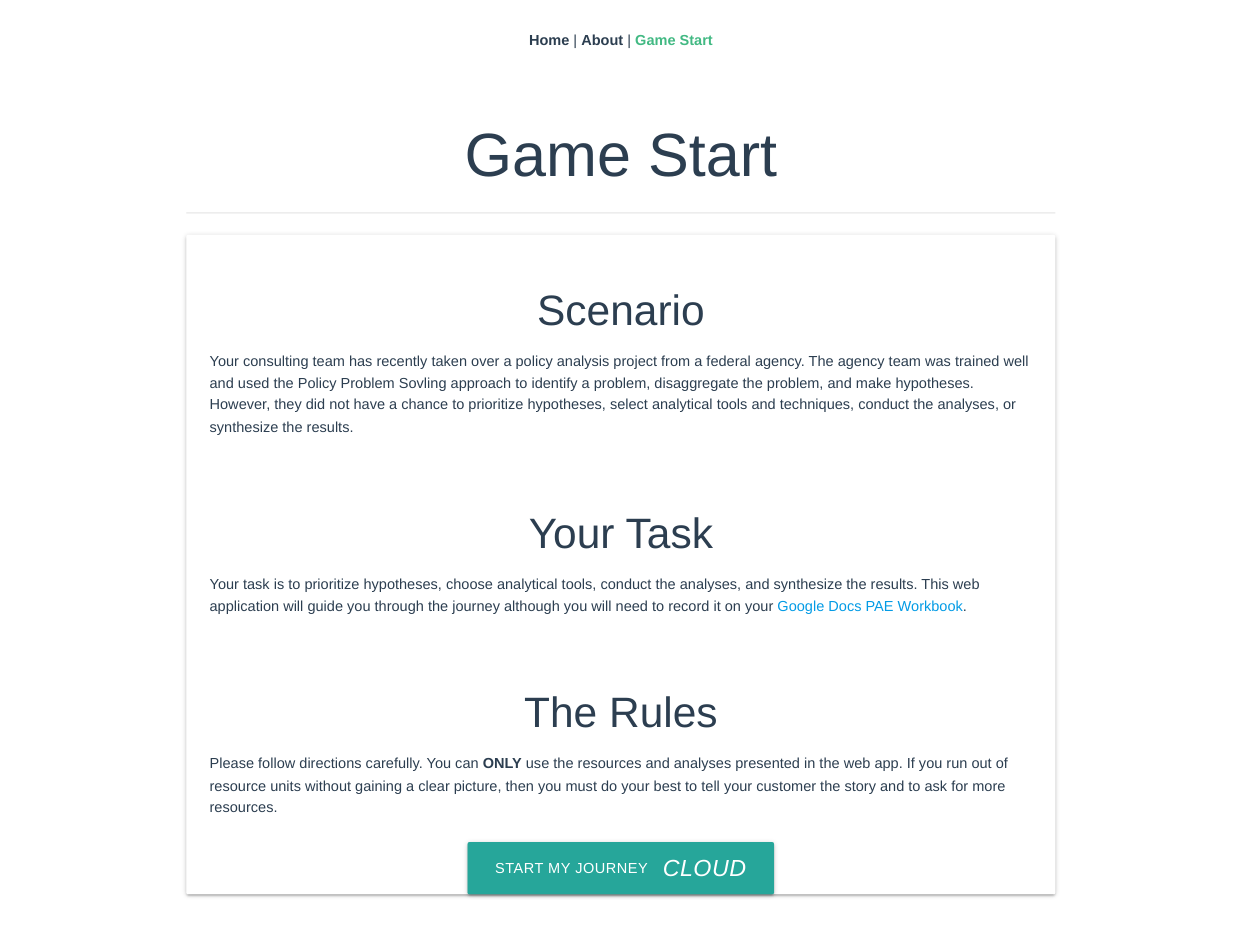
Repository: gallard28/posc4210app
Page: /#/start
An editor plug-in stored every save of this project. The page is shown before and after the next save, followed by the edit.
The browser window is 1280 px wide. The pictures show the whole page, at 97% of full size.
The project was rebuilt for these pictures with package versions that can differ from the ones it lists, and the page was loaded fresh each time. Also part of the build but not shown: src/views/Home.vue.

Above is the page before, as saved 2020-09-20 19:02:28.

After the next save:
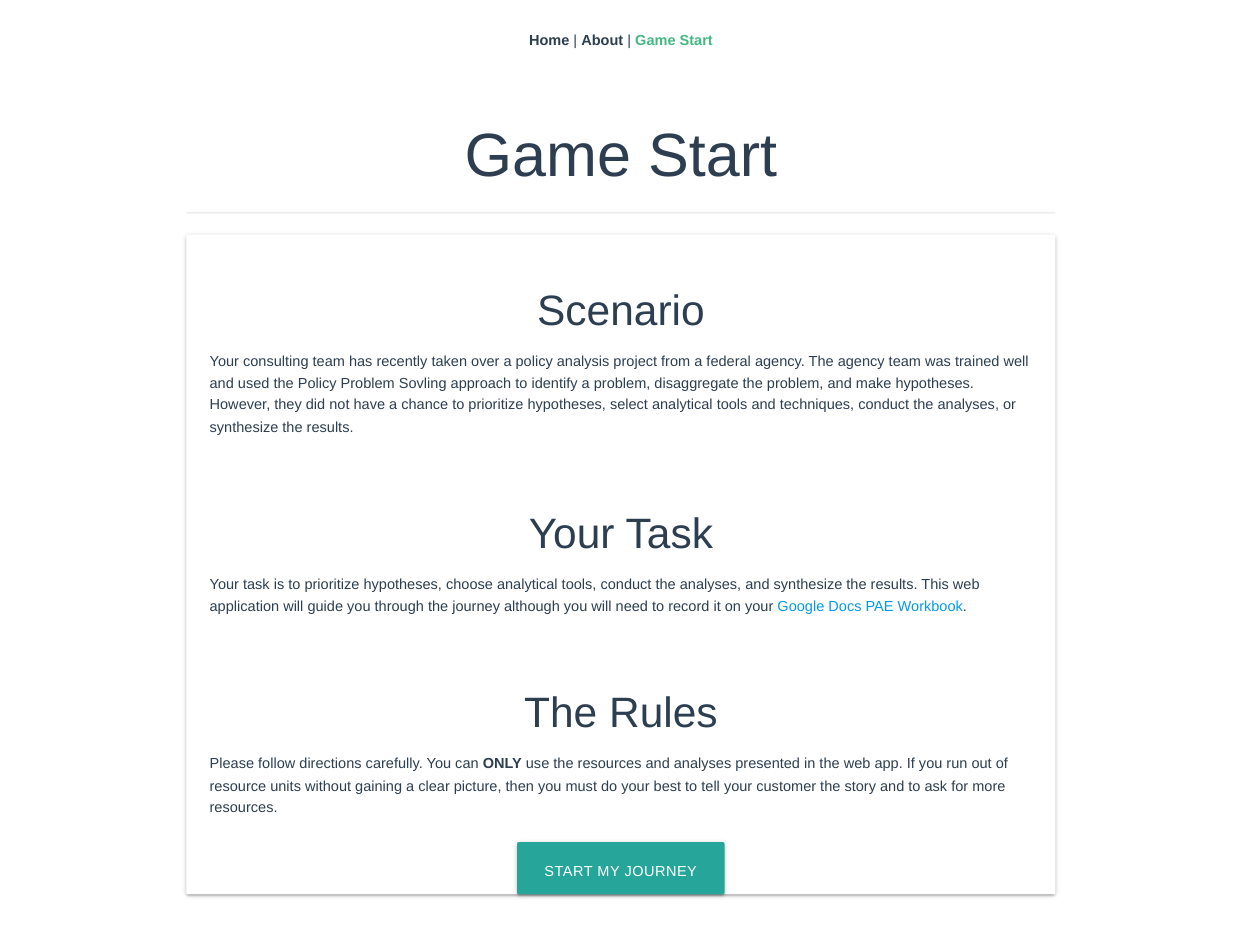
Saved 3 min 42 s later.
--- a/src/views/Start.vue
+++ b/src/views/Start.vue
@@ -21,7 +21,7 @@
           </div>
           <div class="start-button">
             <a class="waves-effect waves-light btn-large">
-              <i class="material-icons right">cloud</i>
+              <i class="fas fa-play"></i>
               Start My Journey
             </a>
           </div>
